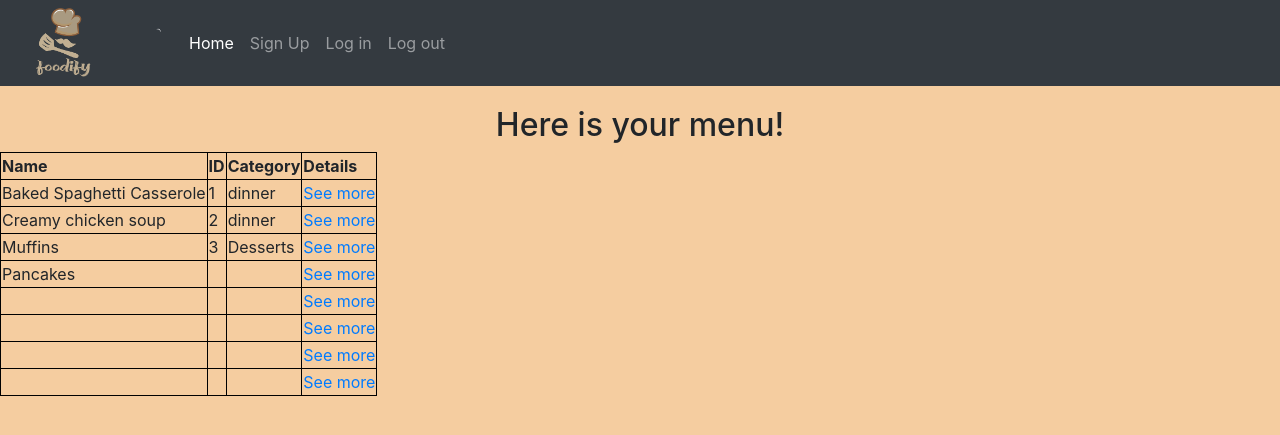
Repository: RanaHisham18/Foodify-Web-App
Page: Project IA raghda/usermenu.html
These files come from the project's save history. The page is drawn as it stood at one moment and after a run of saves; the edit follows.
The browser window is 1280 px wide. The pictures show the whole page.

Above is the page before, as saved 2022-01-06 18:29:47.

### Project IA raghda/usermenu.html
<!DOCTYPE html>
<html lang="en">
<head>
    <meta charset="UTF-8">
    <meta http-equiv="X-UA-Compatible" content="IE=edge">
    <meta name="viewport" content="width=device-width, initial-scale=1.0">
    <link rel="stylesheet" href="https://maxcdn.bootstrapcdn.com/bootstrap/4.0.0/css/bootstrap.min.css"
     integrity="sha384-Gn5384xqQ1aoWXA+058RXPxPg6fy4IWvTNh0E263XmFcJlSAwiGgFAW/dAiS6JXm" crossorigin="anonymous">
     <link rel ="stylesheet" href="usermenu.css">
    <title>Document</title>
</head>
<body>
    <!--Navigation Bar-->
 <nav class="navbar navbar-expand-lg navbar-dark bg-dark sticky-top">
    <img class="image" src="images/foodify.png" alt="Foodify logo">

       <button class="navbar-toggler" type="button" data-bs-toggle="collapse" data-bs-target="#navbarScroll" aria-controls="navbarScroll" aria-expanded="false" aria-label="Toggle navigation">
         <span class="navbar-toggler-icon"></span>
       </button>
     <div class="container-fluid">
         <div class="collapse navbar-collapse" id="navbarScroll">
           <ul class="navbar-nav me-auto my-2 my-lg-0 navbar-nav-scroll" style="--bs-scroll-height: 100px;">
             <li class="nav-item">
               <a class="nav-link active" aria-current="page" href="home.php">Home</a>
             </li>
             <li class="nav-item">
               <a class="nav-link" href="register.php">Sign Up</a>
             </li>
             <li class="nav-item">
               <a class="nav-link" href="login.php">Log in</a>
             </li>
             <li class="nav-item">
               <a class="nav-link" href="login.php">Log out</a>

             </li>
           </ul>

         </div>
       </div>
   </nav>

   <h2>Here is your menu!</h2>

   <table>
<tr>
    <th>Name</th>
    <th>ID</th>
    <th>Category</th>
    <th>Details</th>
</tr>

<tr>
    <td> Baked Spaghetti Casserole</td>
    <td>1</td>
    <td>dinner</td>
    <td><a href="dinner.html">See more</a></td>
</tr>

<tr>
    <td>Creamy chicken soup</td>
    <td>2</td>
    <td>dinner</td>
    <td><a href="dinner.html">See more</a></td>
</tr>

<tr>
    <td>Muffins</td>
    <td>3</td>
    <td>Desserts</td>
    <td><a href="bakery.html">See more</a></td>
</tr>
<tr>
    <td>Pancakes</td>
    <td></td>
    <td></td>
    <td><a href="bakery.html">See more</a></td>
</tr>
<tr>
    <td></td>
    <td></td>
    <td></td>
    <td><a href="dinner.html">See more</a></td>
</tr>
<tr>
    <td></td>
    <td></td>
    <td></td>
    <td><a href="dinner.html">See more</a></td>
</tr>
<tr>
    <td></td>
    <td></td>
    <td></td>
    <td><a href="dinner.html">See more</a></td>
</tr>
<tr>
    <td></td>
    <td></td>
    <td></td>
    <td><a href="dinner.html">See more</a></td>
</tr>

   </table>
</body>
</html>

### Project IA raghda/usermenu.css
.image{
    cursor: pointer;
    height:70px;
     width:130px;
    margin-left: 20px;
  }
  .scroll{
      margin-top:200px;
      margin-left:50px;
  }
body
{
    background-color: #f5cda0;
}
h2{
    text-align: center;
    margin-top:  20px;
}
table, th, td {
    border:1px solid black;
  }

After the next 2 saves:
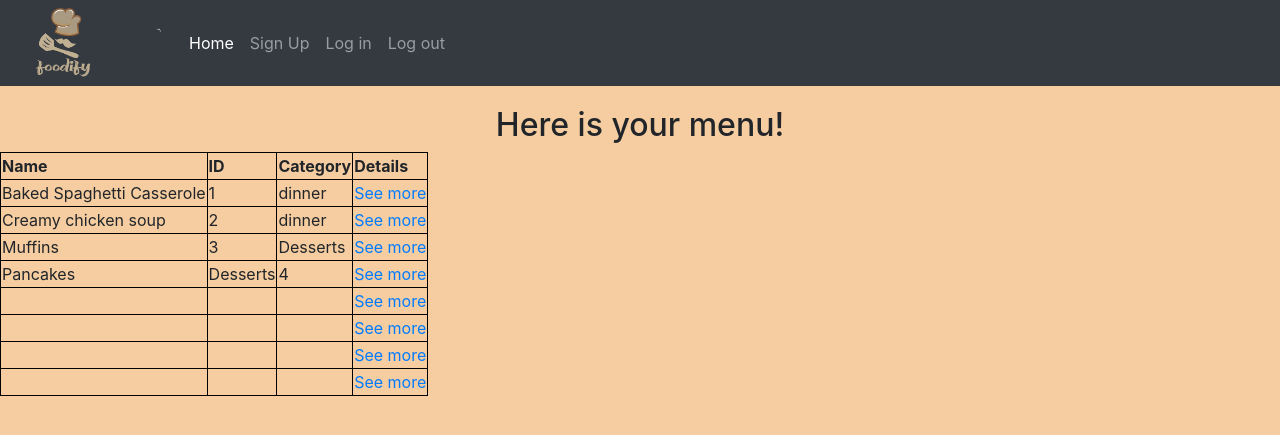
The 2 saves are shown as one change because they came seconds apart.
The last was saved 6 s later.
--- a/Project IA raghda/usermenu.html
+++ b/Project IA raghda/usermenu.html
@@ -71,8 +71,8 @@
 </tr>
 <tr>
     <td>Pancakes</td>
-    <td></td>
-    <td></td>
+    <td>Desserts</td>
+    <td>4</td>
     <td><a href="bakery.html">See more</a></td>
 </tr>
 <tr>
